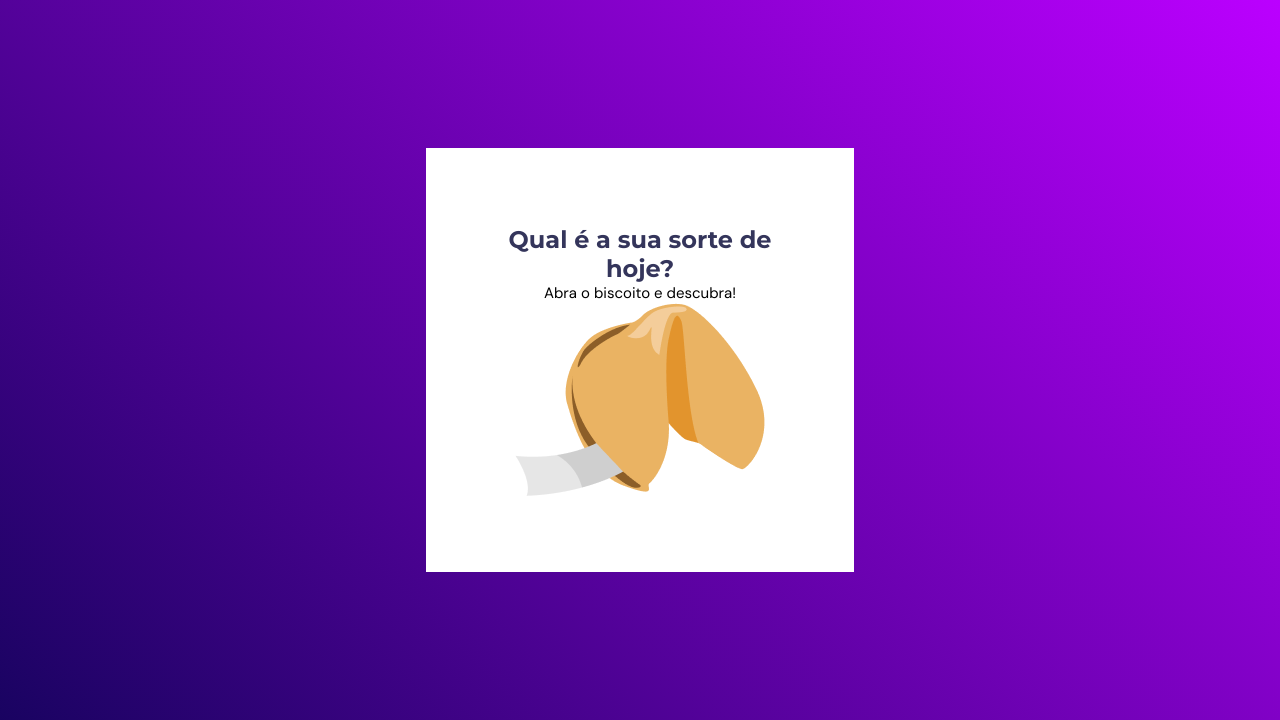
Repository: caueenrico/cookieCoach
Page: index.html
An editor plug-in stored every save of this project. The page is shown before and after the next save, followed by the edit.
The browser window is 1280 px wide. The pictures show the whole page.

Above is the page before, as saved 2023-06-27 16:10:39.

### index.html
<!DOCTYPE html>
<html lang="en">
  <head>
    <meta charset="UTF-8" />
    <meta name="viewport" content="width=device-width, initial-scale=1.0" />
    <link rel="preconnect" href="https://fonts.googleapis.com" />
    <link rel="preconnect" href="https://fonts.gstatic.com" crossorigin />
    <link
      href="https://fonts.googleapis.com/css2?family=DM+Sans&family=Dancing+Script&family=Montserrat:wght@700&display=swap"
      rel="stylesheet"
    />
    <link rel="stylesheet" href="style.css" />
    <title>biscoito da sorte</title>
  </head>
  <body>
    <main>
      <h1>Qual é a sua sorte de hoje?</h1>
      <p>Abra o biscoito e descubra!</p>
      <img src="/biscoitoClose.png" alt="">
    </main>
  </body>
</html>

### style.css
* {
  margin: 0;
  padding: 0;
  box-sizing: border-box;
}

:root {
  font-size: 62.5%;

  --fs-heading: 2.4rem;
  --ff-heading: "Montserrat", sans-serif;

  --fs-subt: 1.5rem;
  --ff-subt: "DM Sans", sans-serif;
}

body {
  height: 100vh;
  width: 100vw;
  display: flex;
  flex-direction: column;
  justify-content: center;

  background: linear-gradient(45deg, #190361 0%, #b0f 100%);
}

main {
  margin: 0 auto;

  display: flex;
  flex-direction: column;
  align-items: center;
  justify-content: center;

  padding: 4.8rem 6.4rem;
  background-color: #fff;
  max-width: 42.8rem;
  min-height: 42.4rem;

  text-align: center;
}

main h1 {
  font-family: var(--ff-heading);
  font-size: var(--fs-heading);


  color: #34355b;
  margin-bottom: ;
}

main p{
  font-size: var(--fs-subt);
  font-family: var(--ff-subt);

}

After the next save:
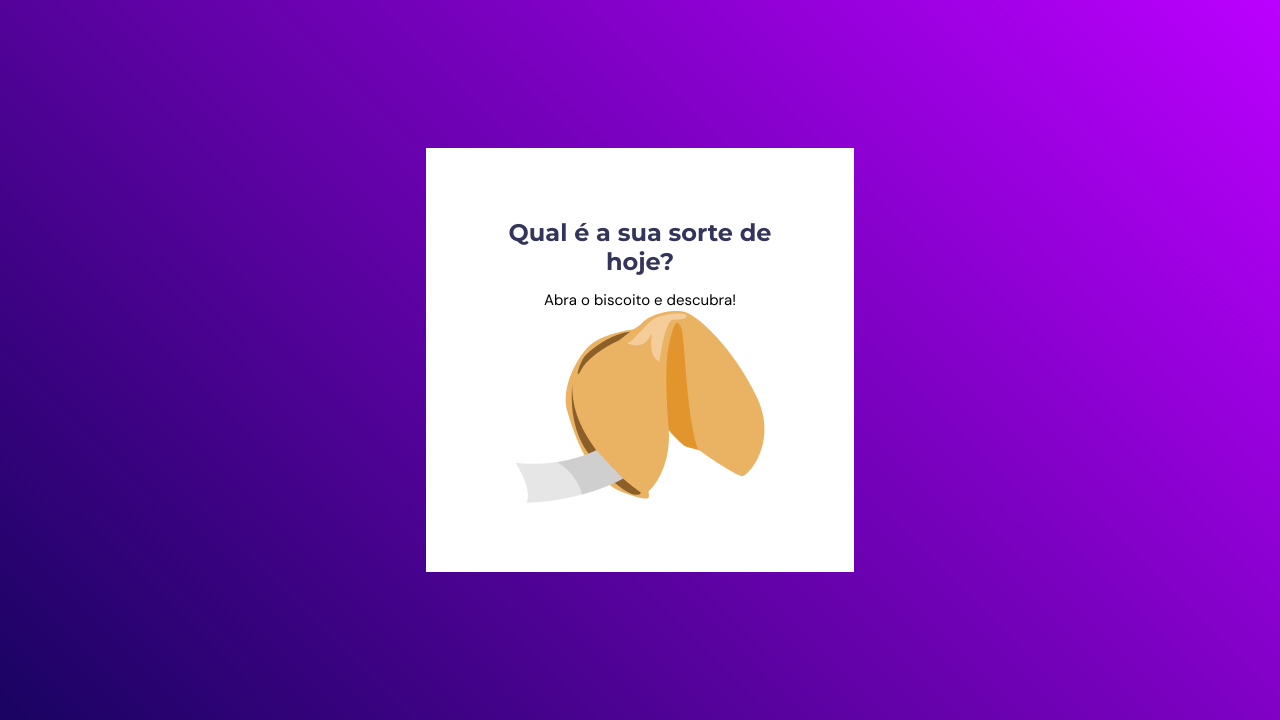
Saved 4 s later.
--- a/style.css
+++ b/style.css
@@ -46,7 +46,7 @@ main h1 {
 
 
   color: #34355b;
-  margin-bottom: ;
+  margin-bottom: 1.4rem;
 }
 
 main p{
